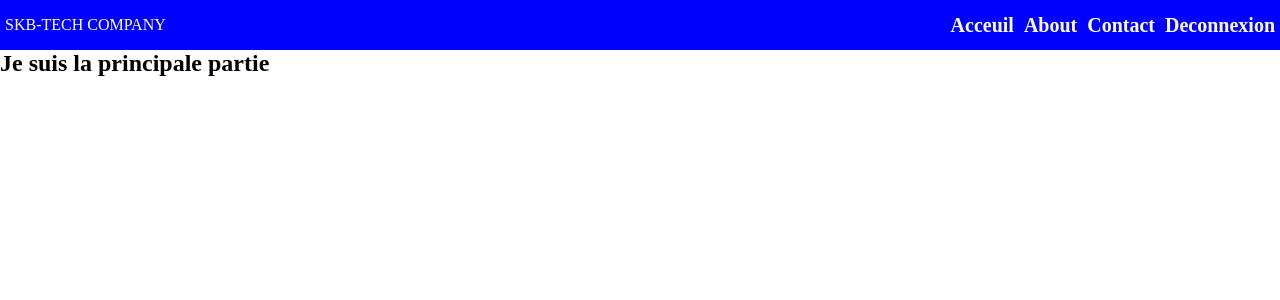
Repository: SKB-TECH/projetExpress
Page: http://localhost/
The author's editor kept a copy of each file at every save. The page is drawn from the files as they stood at one save, then again after the next save.
The browser window is 1280 px wide. The pictures show the whole page.
The page is served by the project's Node server (server.js).

Above is the page before, as saved 2022-10-21 15:26:55.

After the next save:
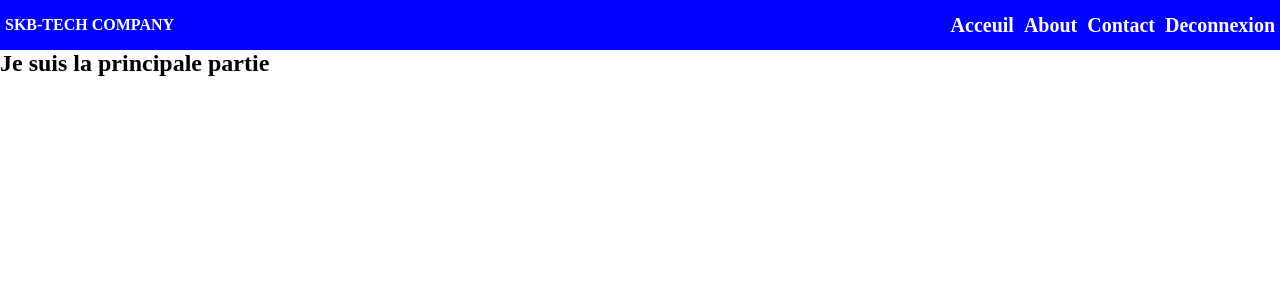
Saved 7 s later.
--- a/assets/css/style.css
+++ b/assets/css/style.css
@@ -35,4 +35,6 @@ a {
     font-weight: 600;
 }
 
-.titles1
+.titles1{
+    font-weight: 600;
+}
